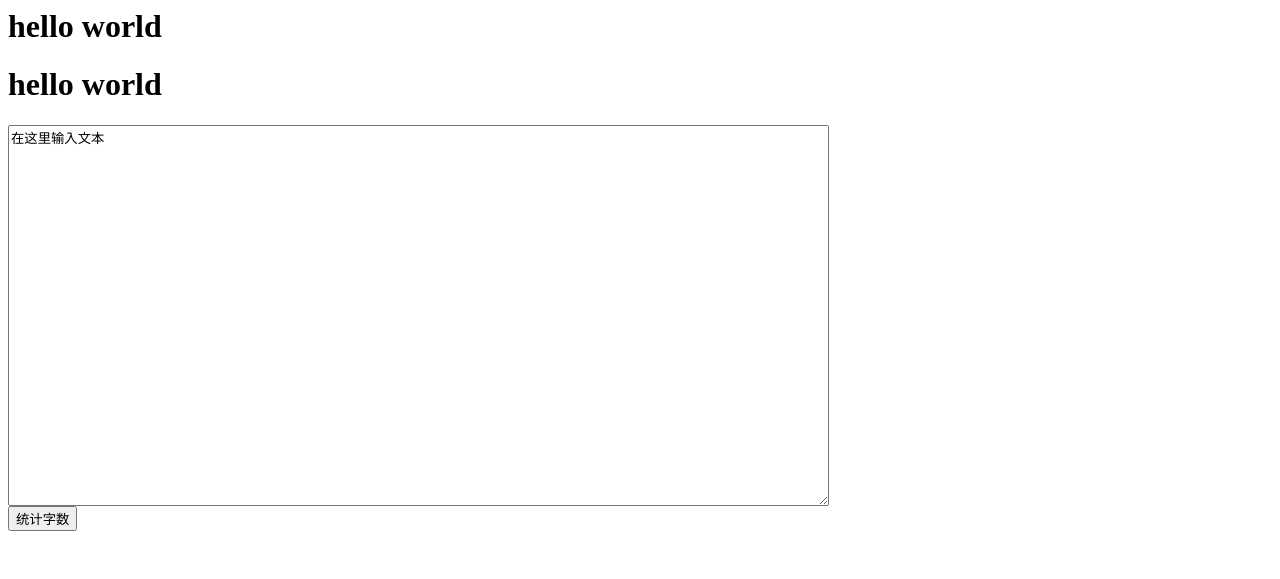
Repository: yoursjay/word_count
Page: http://localhost/
An editor plug-in stored every save of this project. The page is shown before and after the next save, followed by the edit.
The browser window is 1280 px wide. The pictures show the whole page.
The page is served by the project's application, run on Django 2.2 (manage.py).

Above is the page before, as saved 2019-04-17 14:00:30.

After the next save:
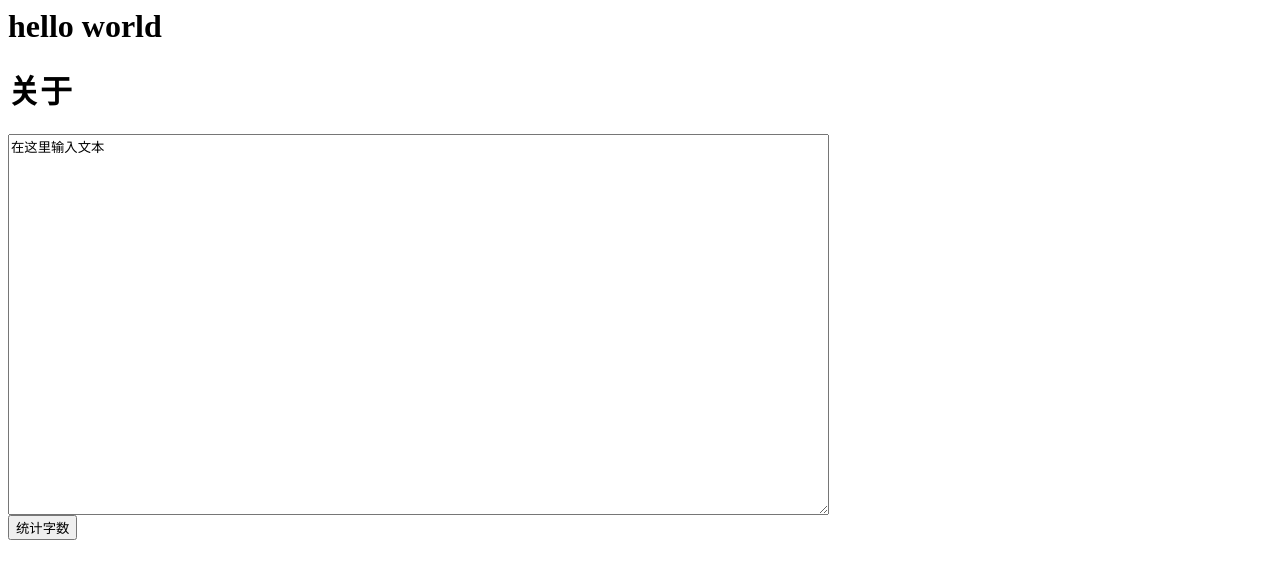
Saved 2 min 46 s later.
--- a/templates/home.html
+++ b/templates/home.html
@@ -1,5 +1,5 @@
 <h1>hello world</h1>
-<h1>hello world</h1>
+<h1 action="about">关于</h1>
 <form action="count">
     <textarea name="text" cols="100" rows="25">在这里输入文本</textarea>
     <br>
